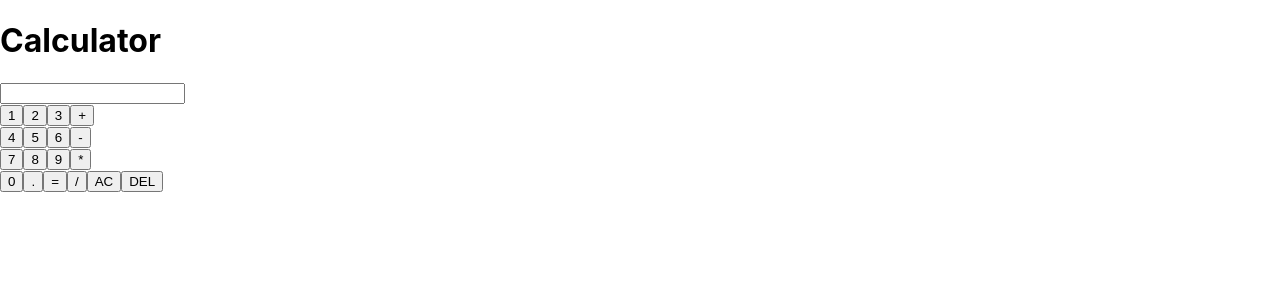
Repository: thesaherriaz/Calculator-React
Page: /
An editor plug-in stored every save of this project. The page is shown before and after the next save, followed by the edit.
The browser window is 1280 px wide. The pictures show the whole page.
The project was rebuilt for these pictures with package versions that can differ from the ones it lists, and the page was loaded fresh each time.

Above is the page before, as saved 2025-06-18 14:12:25.

### src/App.js
import React from 'react'
import Calculator from './compnents/Calculator'

function App() {
  return (
    <Calculator />
  )
}

export default App

### src/compnents/Calculator.jsx
import React from 'react'

function Calculator() {
  return (
    <>
        <div className="Calculator">
            <h1>Calculator</h1>
            <input type="text" name="input" id="input" />
            <div>
                <button>1</button>
                <button>2</button>
                <button>3</button>
                <button>+</button> <br />
                <button>4</button>
                <button>5</button>
                <button>6</button>
                <button>-</button> <br />
                <button>7</button>
                <button>8</button>
                <button>9</button>
                <button>*</button> <br />
                <button>0</button>
                <button>.</button>
                <button>=</button>
                <button>/</button>
                <button>AC</button>
                <button>DEL</button>
            </div>
        </div>
    </>
  )
}

export default Calculator

Loaded but not shown: public/index.html (common file); src/index.js (common file); src/index.css (common file); src/reportWebVitals.js (common file)

After the next save:
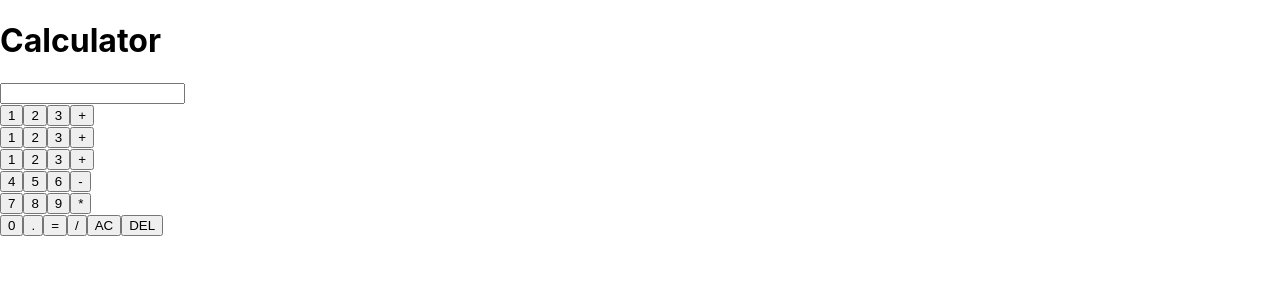
Saved 5 s later.
--- a/src/compnents/Calculator.jsx
+++ b/src/compnents/Calculator.jsx
@@ -7,6 +7,14 @@ function Calculator() {
             <h1>Calculator</h1>
             <input type="text" name="input" id="input" />
             <div>
+                <button>1</button>
+                <button>2</button>
+                <button>3</button>
+                <button>+</button> <br />
+                <button>1</button>
+                <button>2</button>
+                <button>3</button>
+                <button>+</button> <br />
                 <button>1</button>
                 <button>2</button>
                 <button>3</button>
